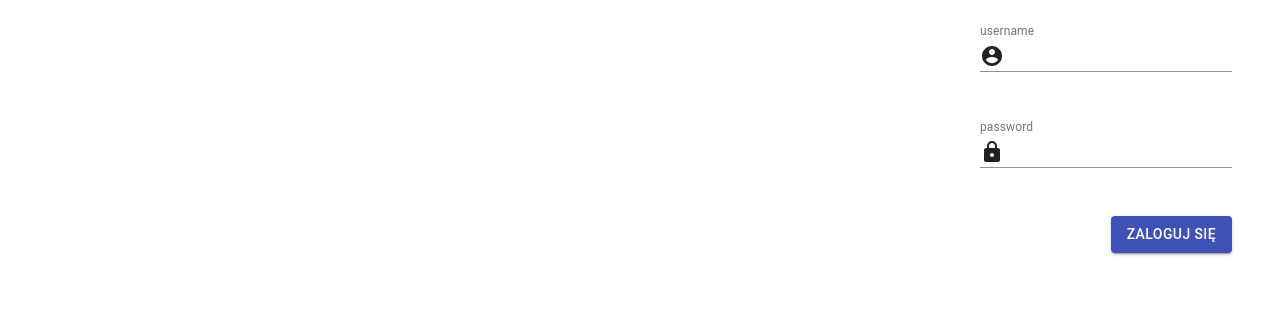
Repository: pgruca96/HappitsChanger
Page: /
An editor plug-in stored every save of this project. The page is shown before and after the next save, followed by the edit.
The browser window is 1280 px wide. The pictures show the whole page.
The project was rebuilt for these pictures with package versions that can differ from the ones it lists, and the page was loaded fresh each time.

Above is the page before, as saved 2020-10-24 01:08:20.

After the next save:
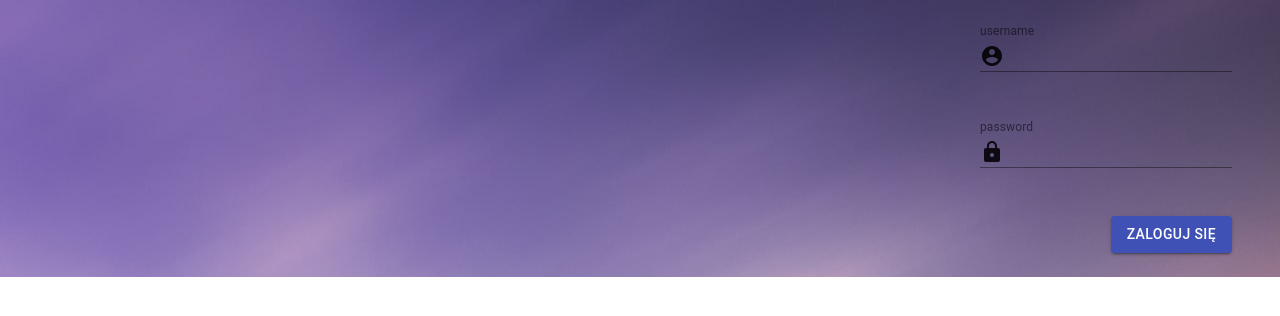
Saved 32 s later.
--- a/src/styles/LoginPage.js
+++ b/src/styles/LoginPage.js
@@ -2,7 +2,7 @@
 import background from "../assets/login-background.jpg";
 
 export const LoginPageContainer = styled.div`
-  background: ${background};
+  background: url(${background});
   width: inherit;
   height: inherit;
 `;

After the save that followed:
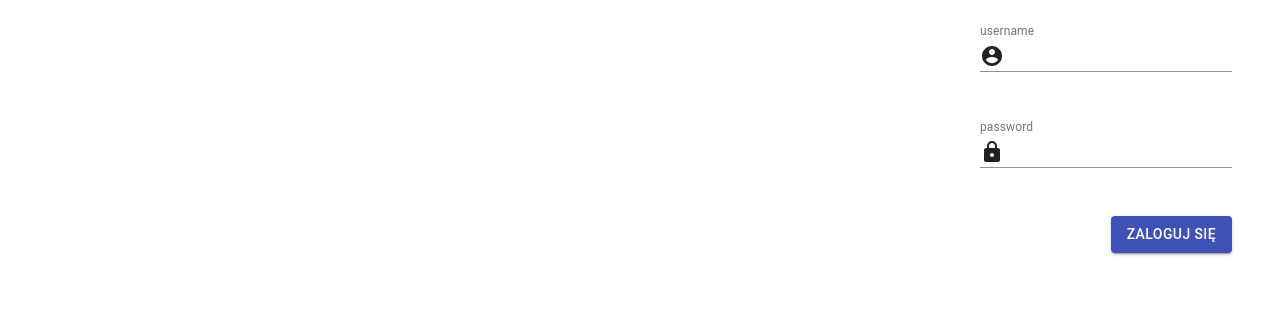
Saved 20 s later.
--- a/src/styles/LoginPage.js
+++ b/src/styles/LoginPage.js
@@ -2,7 +2,7 @@
 import background from "../assets/login-background.jpg";
 
 export const LoginPageContainer = styled.div`
-  background: url(${background});
+  background: ${background};
   width: inherit;
   height: inherit;
 `;
